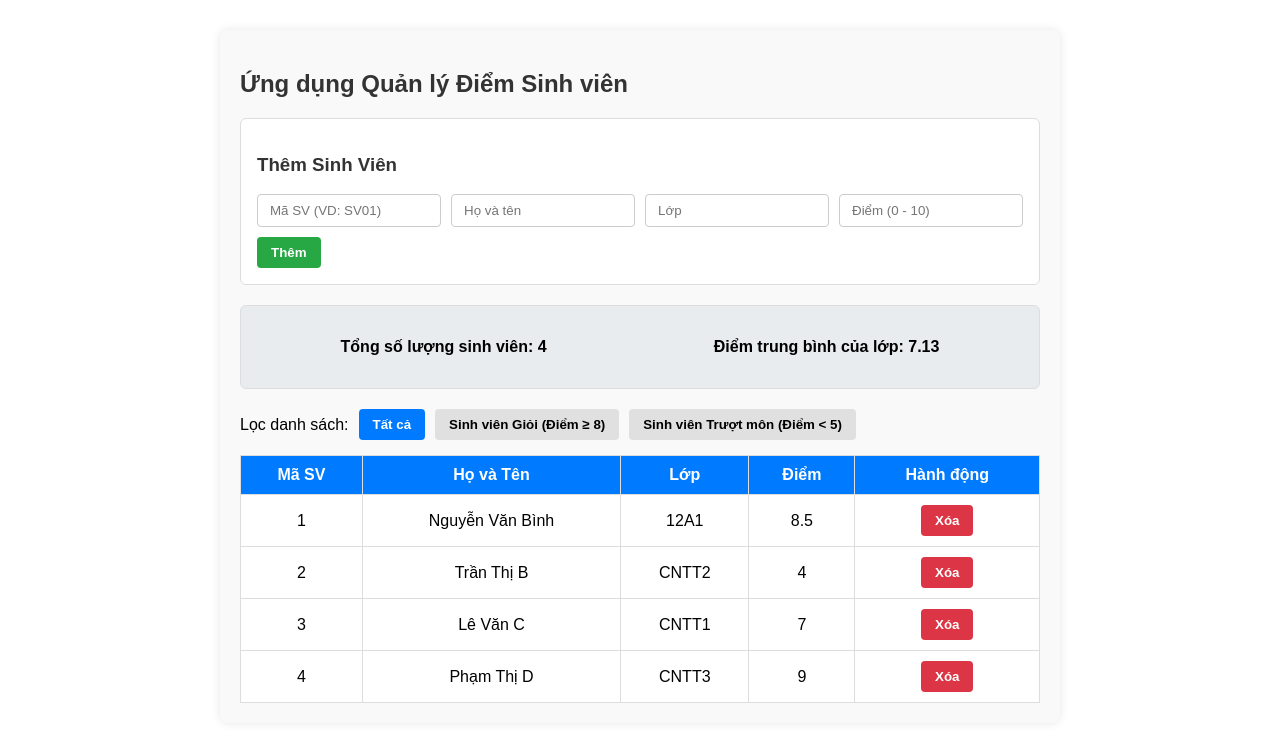
Repository: bachphamudu/B25DCCC030
Page: /
The author's editor kept a copy of each file at every save. The page is drawn from the files as they stood at one save, then again after the next save.
The browser window is 1280 px wide. The pictures show the whole page.
The project was rebuilt for these pictures with package versions that can differ from the ones it lists, and the page was loaded fresh each time.

Above is the page before, as saved 2026-10-15 09:53:02.

After the next save:
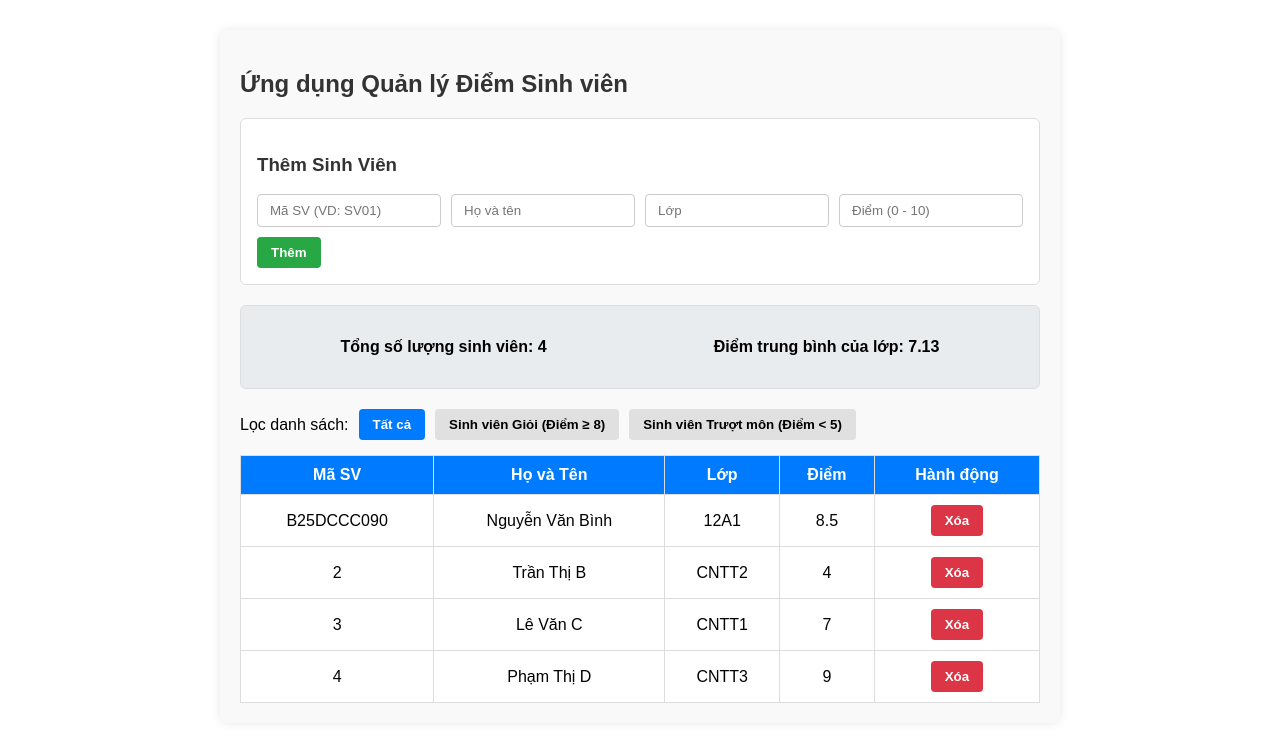
Saved 9 s later.
--- a/src/App.js
+++ b/src/App.js
@@ -53,7 +53,7 @@ const StudentTable = (sql) => {
 
 const App = () => {
   const [students, setStudents] = useState([
-    { id: '1', name: 'Nguyễn Văn Bình', score: 8.5, className: '12A1' },
+    { id: 'B25DCCC090', name: 'Nguyễn Văn Bình', score: 8.5, className: '12A1' },
     { id: '2', name: 'Trần Thị B', score: 4.0, className: 'CNTT2' },
     { id: '3', name: 'Lê Văn C', score: 7.0, className: 'CNTT1' },
     { id: '4', name: 'Phạm Thị D', score: 9.0, className: 'CNTT3' },
